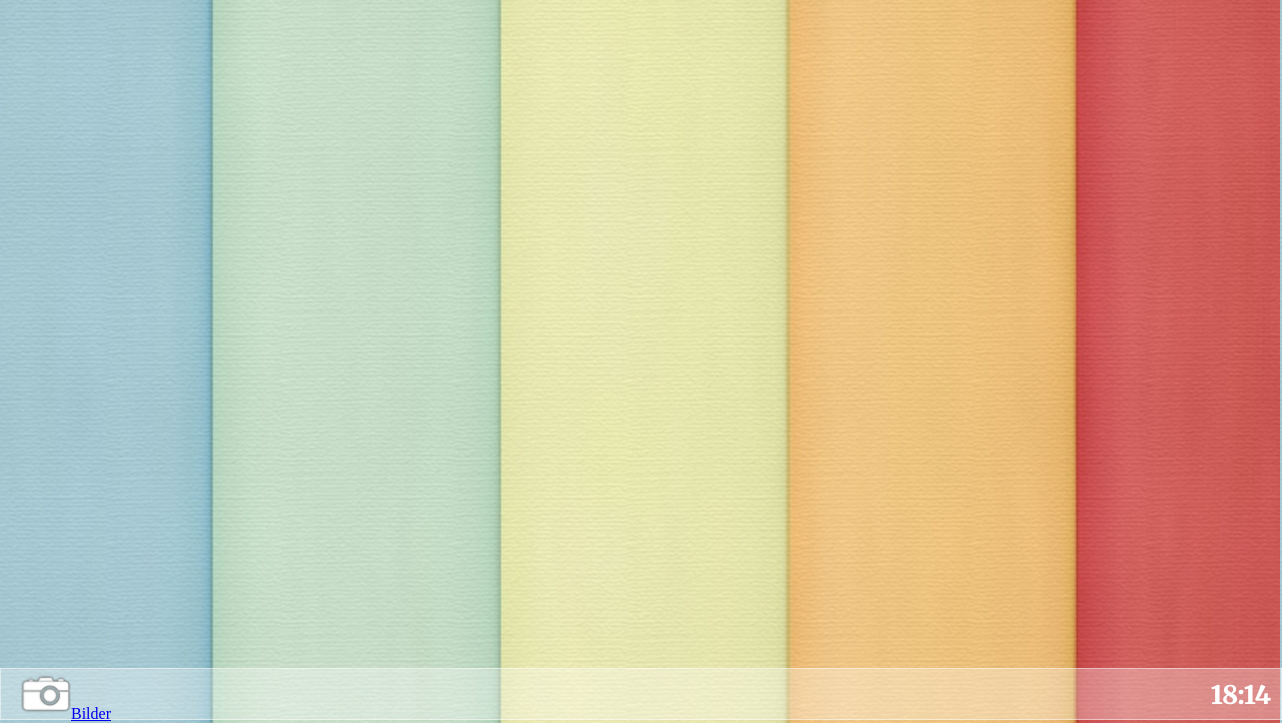
Repository: RebeccaFransson/1dv403-laborationer
Page: 5-pwd/desktop.html
The author's editor kept a record of every edit. The page is drawn from the files as they stood at one moment, then again after the next edit.
The browser window is 1280 px wide. The page is 1282 px wide, so the pictures cover 1282 px, including what lies to the right of the window. The pictures show the whole page.
Some web fonts or font styles are not loaded; a fallback is used.

Above is the page before.
Console error: SyntaxError: Unexpected string

### 5-pwd/desktop.html
<!DOCTYPE html>
<html lang="sv">
<head>
	<meta charset="UTF-8" />
    <link href='//fonts.googleapis.com/css?family=Merriweather:900|Lusitana' rel='stylesheet' type='text/css'> 	<script src="script/Window.js"></script>
 	<script src="script/Desktop.js"></script>
 	<script src="script/go.js"></script>
 	<script src="script/NewPhoto.js"></script>
 	<script src="script/NewMemory.js"></script>
 	<script src="script/NewRSS.js"></script>
 	<script src="script/random.js"></script>

    <link rel="stylesheet" href="windowstyle.css" />
    <link rel="stylesheet" href="desktopstyle.css" />
    <link rel="stylesheet" href="memorystyle.css" />
    <link rel="stylesheet" href="RSSstyle.css" />
    <title>JavaScript - Desktop</title>
</head>
    <body>
        <div id="content">
            <template id="temp">

                <div class="window">

                    <div class="topbar">
                        <div class="close">
                        <img src="pics/close.png" title="Stäng fönstret" alt="close" height="20" width="20">
                        </div>
                    </div>
                    <div class="statusX">

                    </div>

                    <div class="content">

                    </div>




                </div>
            </template>



 		<div id="meny">
            <div id="time">Klocka</div>

 		</div>
 		</div>



    </body>
</html>

### 5-pwd/script/Window.js
"use strict";

function Window(pic, desk, namn, colorbot, colortop, w, h){
    //default storlek
    w = w || "350";
    h = h || "410";

    console.log('w: '+w+' h: '+h);
    this.desktop = desk;
    var template = document.querySelector('#temp');//template
    var windowtemp = template.content.querySelector('.window');//window klassen i template
    this.w = windowtemp.cloneNode(true);//Kopierar min window-klass från templaten

    this.content = this.w.querySelector('.content');
    this.statusX = this.w.querySelector('.statusX');

    //sätter storlek på nytt fönster
    this.content.style.width = w+'px';
    this.content.style.height = h+'px';

    //skickar med höjden på fönstret till functionen som kommer flytta fönstrerna
    this.moveWind(h);

    var topPic = document.createElement('img');
    topPic.setAttribute('src', pic);
    topPic.setAttribute('width', '25px');
    topPic.setAttribute('height', '25px');
    var topbar = this.w.querySelector('.topbar');
    topbar.appendChild(topPic);

    topbar.innerHTML += namn;
    topbar.setAttribute('style', 'background-color:'+colortop);//sätt färg på  topbar
    this.w.querySelector('.statusX').setAttribute('style', 'background-color:'+colorbot);
    desk.content.appendChild(this.w);



    var self = this;//gör om this så vi kan använda detta this i functionen under(utan att det ska bli this i den funktionen)
    //stänger fönstret
    var close = this.w.querySelector('.close');
    close.onclick = function(){
        self.close();
    };

    this.focus();
    //on klick på hela fönstret z-index = 99
    this.w.addEventListener('click', function(e){
        self.focus();
        console.log('klick på fönstret');
    });

    // var resize = this.w.querySelector('.resize').querySelector('img');
    // console.log(resize);
    // resize.addEventListener('mousedown', function(e){
    //     console.log('inne i list');
    //     self.w.style.resize = 'both';
    // });
    // resize.addEventListener('mouseup', function(e){
    //     console.log('inne i list ip');
    //     self.w.style.resize = '';
    // });
}

Window.prototype.close = function(){//plockar bort kopian utav templaten
    this.w.parentNode.removeChild(this.w);
};

Window.prototype.moveWind = function(h){
    var top, left;
    console.log('maxhöjd: '+ this.desktop.clientHeight);
    //kolla utanför top+höjd större än desktop.content.clientHeight
    if((top+h)>(this.desktop.clientHeight-this.desktop.meny.clientHeight)){
        console.log('UTANFÖÖÖÖR');
    }else{
    //sätter top och left på nästa nya window
    top = Window.globalTop + 29;
    left = Window.globalLeft + 29;
    console.log('top: '+top+' left: '+left);

    }

    this.w.style.top = top+'px';
    this.w.style.left = left+'px';

    //sätter globala variablem som top och left
    Window.globalTop = top;
    Window.globalLeft = left;
};

// global variabel med top och left
Window.globalTop = 0;
Window.globalLeft = 0;
Window.globalIndex = 0;

Window.prototype.focus = function(){
    //on klick på hela fönstret z-index = 99
    var indexCount = 1 + Window.globalIndex;
    this.w.style.zIndex = indexCount;

    Window.globalIndex = indexCount;
};
//http://tech.pro/tutorial/650/javascript-draggable-elements   DRAGEBLE ELEMENTS

### 5-pwd/script/Desktop.js
"use strict";

function Desktop(){
   this.content = document.querySelector('#content');//public
   //this.statusX = document.querySelector('.statusX');

};
//lägger till ikoner t programmen
Desktop.prototype.addApp = function(pic, app, namn, colorbot, colortop){//lägga till img, onklick på a. skickar till det js som skall skapa(tex newPhoto)

    //skapar bilder och lägger till attribut till menyn + tooltip
    var img = document.createElement('img');
    img.setAttribute('src', pic);
    img.setAttribute('width', '50px');
    img.setAttribute('height', '50px');
    var a = document.createElement('a');
    var aSpan = document.createElement('span');
    aSpan.innerHTML = namn;
    a.setAttribute('href', '#');
    a.setAttribute('class', 'tooltip');
    document.querySelector('#meny').appendChild(a);
    a.appendChild(img);
    a.appendChild(aSpan);

    var self = this;//spara gamla this som är knappen

    //skapar fönster med appen man klickat på
    a.onclick = function(){
        var wind = new Window(self, namn, colorbot, colortop);
        var photo = new app(wind);

    };
};

Desktop.prototype.startTime = function(){//ta bort kommentarerna ifall du vill se sekunder.
    var today=new Date();
    var h=today.getHours();
    var m=today.getMinutes();
    //var s=today.getSeconds();
    m = checkTime(m);
    document.querySelector('#time').innerHTML = h+":"+m; //+":"+s;
    var t = setTimeout(function(){Desktop.prototype.startTime()},500);

    function checkTime(i) {
        if (i<10) {i = "0" + i}  // lägger till nolla om under tio
        return i;
    }
};

### 5-pwd/script/go.js
"use strict";

window.onload = function(){
   var desk = new Desktop();

   desk.startTime();

   desk.addApp('pics/photo.png', NewPhoto, 'Bilder', '#E8C07B','#e0ab50'); // skickar med bildsökväg och appen, namn och färger
   desk.addApp('pics/game.png', NewMemory, 'Memory', '#d7807d','#CB5A56'); // skickar med bildsökväg och appen
   //desk.addApp('pics/rss.png', NewRSS, 'RSS-flöde', '#C7E4AB','#8B9F77'); // skickar med bildsökväg och appen
//desk.addApp('pics/chat.png', NewMemory, 'CatChat');

   //var wind = new Window(desk, 'Google', '#e0ab50','#E8C07B');

};

### 5-pwd/script/NewMemory.js
"use strict";
//skapa nytt memory spel
function NewMemory(wind){
    console.log('skapar memory');

   var imgRandom = [], times = 0, pic1 = '', pic2='', klickedNode = [], target1='', target2='';
   var link1 = "", link2= "", score= 0, count= 0, timeout = undefined, picValue= 0, row= 0, col= 0;

        //divtaggar i fönstret
        var wrap= document.createElement('div');
        wrap.setAttribute('class', 'wrap');
        var cards = document.createElement('div');
        cards.setAttribute('class', 'cards');
        var points = document.createElement('div');
        points.setAttribute('class', 'points');
points.innerHTML = 'Poäng: XX <br> Försök: XX';
        var done = document.createElement('div');
        done.setAttribute('class', 'done');
done.innerHTML = '00:00:00 sek';
        var p = document.createElement('p');
p.innerHTML = 'du klarade det på X antal försök och det tog 3 minuter'

        wind.content.appendChild(cards);
        wind.content.appendChild(wrap);
        wrap.appendChild(points);
        wrap.appendChild(done);
        wrap.appendChild(p);

        imgRandom.push(RandomGenerator.getPictureArray(4, 4));//skapas random nummer
        tableCreate(4, 4, cards);//skickar iväf höjd och bredd och skapar tabell
        // });


    function tableCreate(c, r, cards){

        var tbl     = document.createElement('table');
        var tblBody = document.createElement('tbody');

        for (var j = 0; j < c; j++) {
            var row = document.createElement('tr');

            for (var i = 0; i < r; i++) {
                var cell = document.createElement('td');
                var a = document.createElement('a');
                var img = document.createElement('img');
                var count = ((j * r) + i);

                img.setAttribute('src', 'pics/memory/0.jpg');
                img.setAttribute('a', ''+imgRandom[0][count]+'');
                a.setAttribute('href', '#');
                a.setAttribute('a', ''+imgRandom[0][count]+'');

                cell.appendChild(a);
                a.appendChild(img);
                row.appendChild(cell)

                a.addEventListener('click', flip);
            }
            tblBody.appendChild(row);
        }
        tbl.appendChild(tblBody);
        cards.appendChild(tbl);

    }

    function flip(){

        var link = this;
        klickedNode.push(link.getAttribute('a')); // sparar bilden vi klickade på
        var alink = this.firstChild; //bilden
        picValue = link.getAttribute('a');//variabel som håller koll på bildens värde
        var src = "pics/memory/"+picValue+".jpg";

        if(times < 2){//om vi öppnat mindre än två brickor
        count++;

            if(times < 1){ //om vi bara öppnat en bricka
                times++;
                alink.setAttribute('src', src);//Ger frågetecknet en  bild
                pic1 = picValue;// pic1 tilldelas den värdet för den första bilden
                target1 = alink;//sparar den klickade bilden
                link1 = link;//sparar den klickade a-taggen

                this.removeEventListener('click', flip);

            }else{
                times++;
                alink.setAttribute('src', src);
                pic2 = picValue;// andra bilden
                target2 = alink; //sparar den klickade bilden
                link2 = link;//sparar den klickade a-taggen
                this.removeEventListener('click', flip);

                }if(times === 2 && pic1 === pic2 && target1 != target2){//lika
                    score++;
                    times = 0;
                }else if(times === 2){//ej lika vända igen
                    setTimeout(timer, 1000);
                }
            }
            if(times > 2){
                    setTimeout(timer, 1000);
                }
        write();
    }

    function timer(){
        if(pic1 != pic2){//om de ej är lika vänd tillbaka dem båda
                target1.setAttribute('src', 'pics/memory/0.jpg');//bilderna återställs efter en sek
                target2.setAttribute('src', 'pics/memory/0.jpg');
                times = 0;
                link1.addEventListener('click', flip);
                link2.addEventListener('click', flip);
            //}
        }else if(target1 === target2){//lika vänta 1 sec fortsätt spelet
        console.log("Väldigt lika, ny timer");
            setTimeout(1000);
            times = 0;
        }else{
            target1.setAttribute('src', 'pics/memory/0.jpg');//bilderna återställs efter en sek
            target2.setAttribute('src', 'pics/memory/0.jpg');
            times = 0;
            target1.addEventListener('click', flip);
            target2.addEventListener('click', flip);
        }

    }

    function write(){
         console.log('row och col är '+(row*col)+'  score är '+score);

         points.appendChild(p);
         points.innerHTML = 'Poäng: '+score '<br> Försök: ';
         if(score === (row*col)/2){

             wrap.innerHTML = "Grattis! Du har vunnit, och klarade det på "+(count/2)+" försök! <br> Det tog lång tid";
         }

     }
}

### 5-pwd/script/NewRSS.js
"use strict";

//Följande kod ger adressen för att hämta RSS-feeden från svt:
//"http://homepage.lnu.se/staff/tstjo/labbyServer/rssproxy/?url="+escape("http://www.svtplay.se/agenda/rss.xml")

function NewRSS(wind){
    console.log('skapar RSS-läsare');

    var xhr = new XMLHttpRequest();

            xhr.onreadystatechange = function(){ //denna kod skall köras när vi får ett svar
                if(xhr.readyState === 4 && xhr.status === 200){//allt ok
                wind.statusX.innerHTML = ' ';//tar bort 'laddar..' när allt hämtas
                    //skapa divtaggar och lägg i text och rubik i dem
                    var quest = xhr.responseText;

                   wind.content.innerHTML = quest;

                //timer som laddar om informationen igen
                }else if(xhr.status === 404){
                        console.log('Hittades ej');
                }else{
                    wind.statusX.innerHTML = 'Laddar... ';
                    var load = document.createElement('img');
                    load.setAttribute('src', 'pics/load1.gif');
                    load.setAttribute('width', '20px');
                    load.setAttribute('height', '20px');
                    wind.statusX.appendChild(load);
                    console.log(load);
                }

            };
            xhr.open('GET', "http://homepage.lnu.se/staff/tstjo/labbyServer/rssproxy/?url="+escape("http://www.dn.se/m/rss/senaste-nytt"), true); //asynkromt anrop

            xhr.send(null);


}

### 5-pwd/script/random.js
"use strict";

var RandomGenerator = {

	/*
		Denna metod tar antalet rader och columner som inparameter.

		Metoden returnerar en array inneh�llandes utslumpade tal mellan 1 och (rows*cols)/2. Varje tal representeras tv�
		g�nger och motsvarar s�ledes en spelbricka.

		I en 4*4 matris kan Arrayen t.ex. se ut s� h�r:
		[1,2,6,8,6,2,5,3,1,3,7,5,8,4,4,7]

		I en 2*4 matris kan Arrayen t.ex. se ut s� h�r:
		[3,4,4,1,2,1,2,3]
	*/

	getPictureArray: function(rows, cols)
	{
		var numberOfImages = rows*cols;
		var maxImageNumber = numberOfImages/2;

	   	var imgPlace = [];

	   //Utplacering av bilder i Array
	   for(var i=0; i<numberOfImages; i++)
		  imgPlace[i] = 0;

		for(var currentImageNumber=1; currentImageNumber<=maxImageNumber; currentImageNumber++)
		{
			var imageOneOK = false;
			var imageTwoOK = false;

			do
			{
				if(imageOneOK == false)
				{
					var randomOne = Math.floor( (Math.random() * (rows*cols-0) + 0) );

					if( imgPlace[randomOne] == 0 )
					{
						imgPlace[randomOne] = currentImageNumber;
						imageOneOK = true;
					}
				}

				if(imageTwoOK == false)
				{
					var randomTwo = Math.floor( (Math.random() * (rows*cols-0) + 0) );

					if( imgPlace[randomTwo] == 0 )
					{
						imgPlace[randomTwo] = currentImageNumber;
						imageTwoOK = true;
					}
				}
			}
			while(imageOneOK == false || imageTwoOK == false);
		}
		return imgPlace;
	}
}

### 5-pwd/windowstyle.css
.window{
    font-family: 'Lusitana', serif;
    position:absolute;
    -moz-border-radius: 3px;
    border-radius: 3px;
    box-shadow: 0 5px 8px rgba(0, 0, 0, 0.5);
    resize:both;
}
.topbar{
    font-family: 'Merriweather', serif;
    font-size:20px;
    padding: 2px 0 2px 0;
    padding-left:4px;
    color: black;
    height:25px;
    border-top-left-radius: 3px;
    border-top-right-radius: 3px;
    color:white;
}

.topbar img{
    float:left;
    padding-right:3px;
}
.statusX{
    position:relative;
    width:100%;
    min-height:20px;
    box-shadow: 0 2px 8px -2px rgba(0, 0, 0, 0.5);
    text-align:left;
    color:white;
}

.close{
    position:relative;
    top:3px;
    font-size:30px;
    height:20px;
    float:right;
}
.close img:hover{
    background-image: url('pics/closeH.png');
    background-repeat:none;
    -webkit-filter: grayscale(100%);
}

.content{
    margin:auto;
    background-color:rgba(255, 255, 255,0.95);
    overflow:auto;
}
/*GALLERI*/
.picBox{
    margin-left:20px;
    margin-top:5px;
    margin-bottom:8px;
    float: left;
}
.picBox img{
    display:block;
    margin:auto;
    border-radius: 7px;
    box-shadow: 0 5px 8px rgba(0, 0, 0, 0.5);
}
.picBox img:hover{
    box-shadow: 0 8px 8px rgba(0, 0, 0, 0.5);
}
/*.resize{
    background-color:rgba(255, 255, 255, 0.5);
    width:100%;
    height:15px;
}
.resize img{
    float:right;
    height:15px;
}*/
/*  TOOLTIP
a.tooltip {
    outline:none;
}
a.tooltip:hover {
    display:inline;
    text-decoration:none;
}
a.tooltip span {
    z-index:10;
    display:none;
    padding:4px 6px;
}
a.tooltip:hover span{
    display:inline;
    position:absolute;
    font-size:12px;
    color:rgba(168, 141, 99, 8);
    border:1px solid #DCA;
    background:white;
}
.tooltip{
    display: inline;
    position: relative;
}
.tooltip:hover:after{
    background: #333;
    background: rgba(226, 193, 136, 0.8);
    border-radius: 5px;
    bottom: 26px;
    color: #fff;
    content: attr(title);
    left: 100%;
    padding: 5px 15px;
    position: absolute;
    z-index: 99;
}
.tooltip:hover:before{
    border: solid;
    border-color: #333 transparent;
    border-width: 6px 6px 0 6px;
    bottom: 20px;
    display:none;
    left: 50%;
    position: absolute;
    z-index: 99;
}*/

### 5-pwd/desktopstyle.css
body{
    background-image: url('pics/BG2.jpg');
    background-size:cover;
}
#meny{
    width:100%;
    height:50px;
    border: 1px solid rgba(255,255,255,0.5);
    position:absolute;
    bottom:0;
    left:0;
    /*background: linear-gradient(to right, rgba(167, 201, 211, 0.8), rgba(195, 217, 196, 0.8), rgba(227, 228, 171, 0.8),rgba(232, 192, 123, 0.8),rgba(215, 128, 125, 0.8));*/
    background-color:rgba(255, 255, 255, 0.3);
    z-index:99;
}
#meny img{
    padding-left:20px;
  -webkit-transition-duration: 0.3s;
  -webkit-transition-property: transform;
  -webkit-transform: translateZ(0);
  transition-duration: 0.3s;
  transition-property: transform;
  transform: translateZ(0);
}
#meny img:hover{
   -webkit-transform: translateY(-5px);
  -webkit-animation-name: hover;
  -webkit-animation-duration: 1.5s;
  -webkit-animation-delay: 0.3s;
  -webkit-animation-timing-function: linear;
  -webkit-animation-iteration-count: infinite;
  -webkit-animation-direction: alternate;
  animation-direction: alternate;
  animation-iteration-count: infinite;
  transform: translateY(-5px);
  animation-name: hover;
  animation-duration: 1.5s;
  animation-delay: 0.3s;
  animation-timing-function: linear;
}


#time{
    font-family: 'Merriweather', serif;
    color: white;
    position:absolute;
    right:0;
    bottom:8px;
    font-size:1.6em;
    padding-right:10px;
}

### 5-pwd/memorystyle.css
/*bilderna*/
.cards img{
    width:80px;
    height:80px;
    margin:auto;
}
table, th, td{
    border: 2px solid white;
    background-color:#d1cbab;
}
td{
    padding:0;
}
table{
    margin:auto;
    box-shadow: 0 5px 5px rgba(0, 0, 0, 0.5);

}
/*Poäng och klar*/
.wrap{
    width:350px;
    height:100px;
    background-color:pink;
}
.points{
    float:left;
    margin:2px;
    width: 170px;
    background-color:#d1cbab;
    -moz-border-radius: 5px;
    border-radius: 5px;
    box-shadow: 0 5px 5px rgba(0, 0, 0, 0.8);
    font-size:1.2em;
    text-align: center;


}
.wrap p{
    position:relative;
    bottom:10px;
    font-family: 'Economica', sans-serif;
    text-shadow: 0 5px 5px rgba(0, 0, 0, 0.5);
}
.done{
    float:left;
    margin:2px;
    width: 170px;
    background-color:#d1cbab;
    -moz-border-radius: 5px;
    border-radius: 5px;
    box-shadow: 0 5px 5px rgba(0, 0, 0, 0.8);
    font-size:1.2em;
    text-align: center;
}

### 5-pwd/RSSstyle.css
.rssFeed{
    padding:15px;
}
.rss_title{
    position:relative;
    bottom:80px;
    border:1px solid rgba(221, 244, 199, 0.0);
    border-top: 2px solid black;
    padding-top:10px;
    text-align:center;
    color:#5E6F4E;
}
.rssFeed a{
    background-color:rgba(221, 244, 199, 0.5);
    -moz-border-radius: 3px;
    border-radius: 3px;
    display:block;
    margin:auto;
    position:relative;
    bottom:90px;
    color:#5A8B98;
    text-align:center;
}
.rssFeed p{
    text-align:center;
    font-size: 16px;
    position:relative;
    bottom:100px;
}

Loaded but not shown: 5-pwd/script/NewPhoto.js (101 lines, source omitted)

After the next edit:
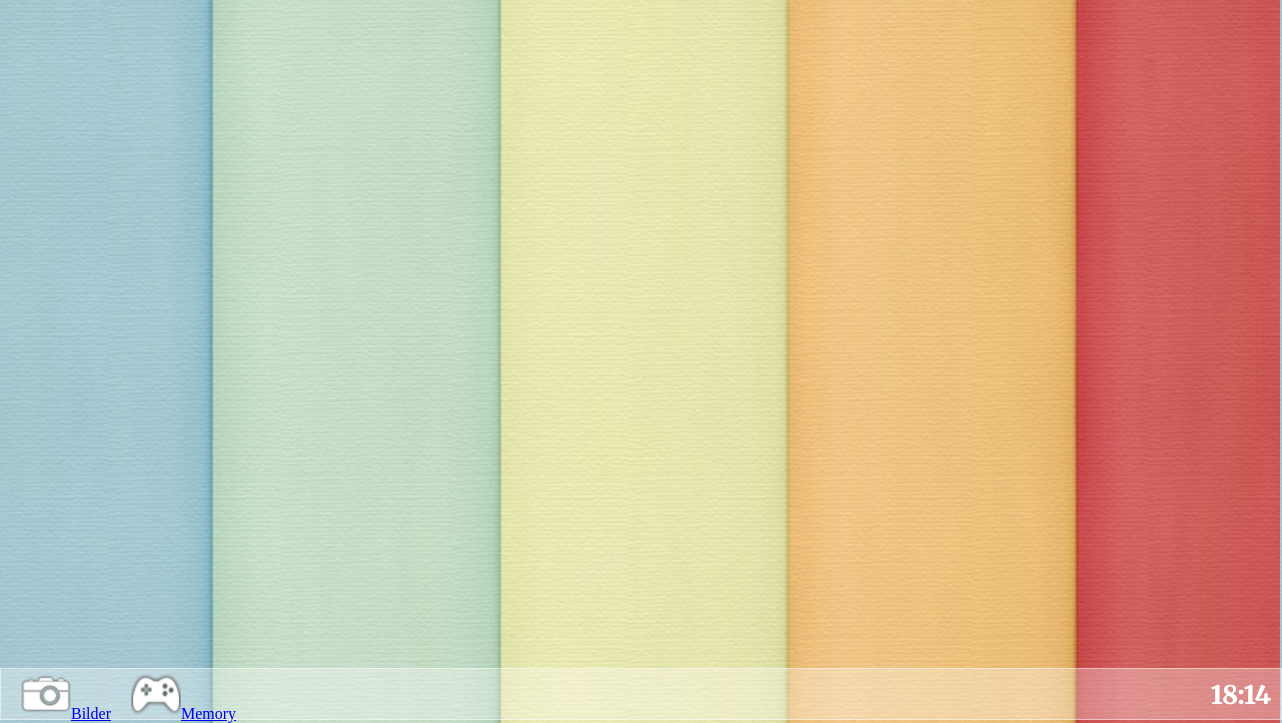
The error is gone.
The edit:
--- a/5-pwd/script/NewMemory.js
+++ b/5-pwd/script/NewMemory.js
@@ -130,8 +130,8 @@
          console.log('row och col är '+(row*col)+'  score är '+score);
 
          points.appendChild(p);
-         points.innerHTML = 'Poäng: '+score '<br> Försök: ';
-         if(score === (row*col)/2){
+         points.innerHTML = 'Poäng: '+score+'<br> Försök: ';
+         if(score === (4*4)/2){
 
              wrap.innerHTML = "Grattis! Du har vunnit, och klarade det på "+(count/2)+" försök! <br> Det tog lång tid";
          }
